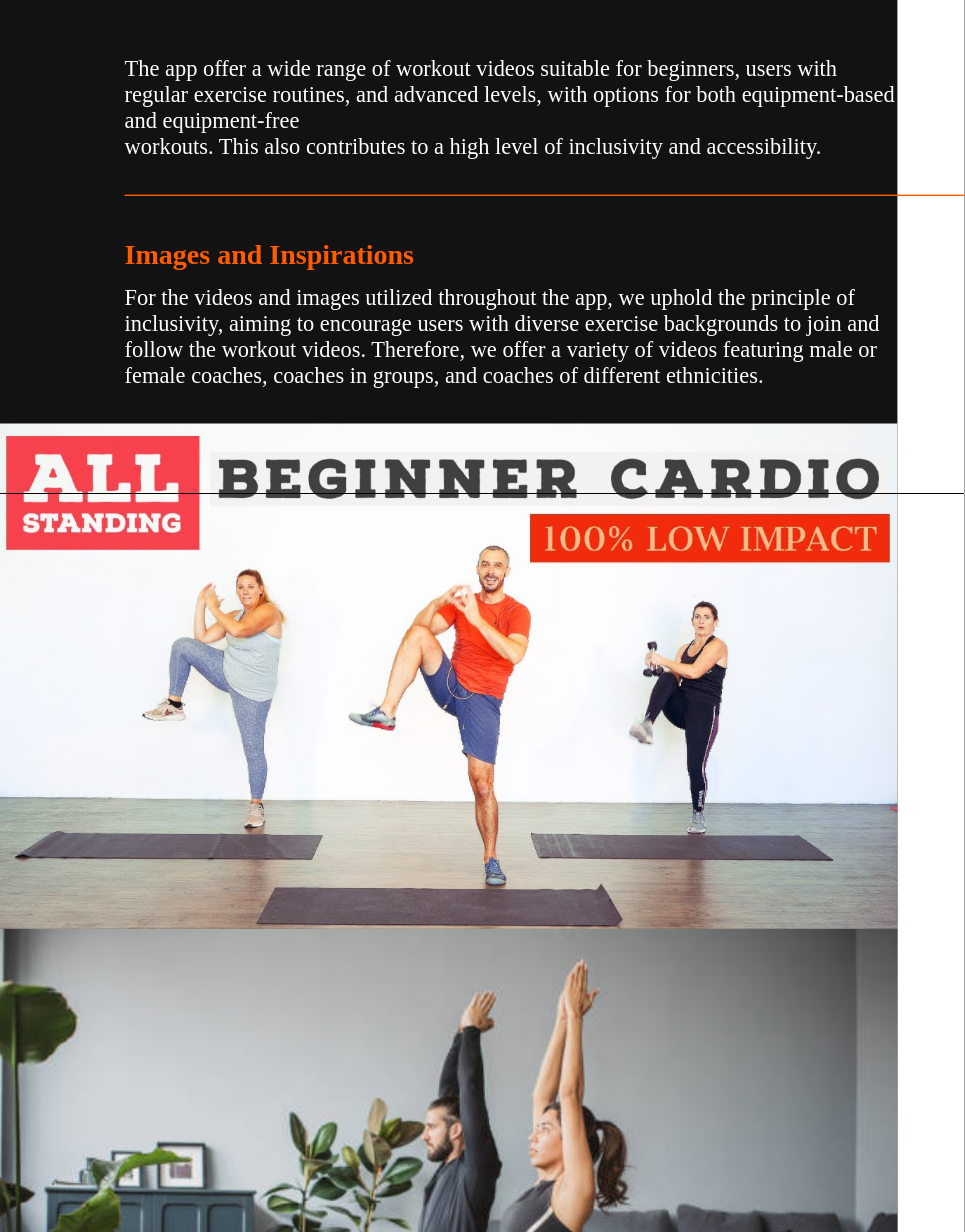
Repository: KyannaKrueger/a5styleguide
Page: /graphics
These files come from the project's save history. The page is drawn as it stood at one moment and after the next save; the edit follows.
The browser window is 1280 px wide. The page is 1378 px wide, so the pictures cover 1378 px, including what lies to the right of the window. The pictures show the part of the page from y = 4740 to 6500 px (the page is 8040 px tall before and 6245 px after), at 70% of full size.
The project was rebuilt for these pictures with package versions that can differ from the ones it lists, and the page was loaded fresh each time. The framework's server and built-in components were replaced by stand-ins that run in the browser. Also part of the build but not shown: next.config.mjs.

Above is the page before, as saved 2024-04-09 10:58:00.

### pages/graphics.js
import styles from "@/styles/graphics.module.css";
import Header from "@/components/Header";
import Footer from "@/components/Footer";

export default function Graphics() {
    return (
      <>
      <Header/>
        <main className={styles.graphics}>
        <h1 className={styles.graphicsH}>Graphics</h1>
        <p className={styles.badgesP}>Badges are used to track progress and acknowledge users' milestones in workout<br/> achievements. For instance, upon watching 20 Upper Body videos, users can earn<br/> a bronze badge. This system motivates users to persist in their workouts, striving to<br/> earn more badges displayed within the app and share their achievements with friends.</p>
        <img src ="/fQBadge.png" className={styles.badgesImg}/>
        <div className={styles.line}></div>
        <p className={styles.navP}>Icons are employed to offer users visual cues, enhancing navigation and the overall<br/> user experience. 5 primary icons are adopted to facilitate navigation at the bottom of<br/> the mobile screen.</p>
        <img src="/homeIcon.png" className={styles.homeIcon}/>
        <p className={styles.homeP}>The Home button navigates users to the home screen, where they can access all main features of the app, including Daily Challenges, Workout Videos,<br/> Fitness Statistics, and Nutrition Tips. This button is expected to be the most frequently used by users, so it is located in the middle of the navigation bar<br/> and stands out slightly from the other icons.</p>
        <img src="/workoutIcon.png" className={styles.workoutIcon}/>
        <p className={styles.workoutP}>This Workout icon allows users to navigate directly to the workout videos page, which contains various categories of workout videos. It is one of the main<br/> features of the fitness app, so besides having an action button on the homepage, it is also included in the navigation bar for users to easily locate videos,<br/> regardless of their current page.</p>
        <img src="/rewardIcon.png" className={styles.rewardIcon}/>
        <p className={styles.rewardsP}>The Rewards icon lets users navigate to the 'My Rewards' page, which features a rewards action button, users' achievements, and statistical records.<br/> This page serves as a summary of users' statistics, allowing them to overview their progress within the app. It acts as a motivational tool, encouraging<br/> users to monitor their results and redeem rewards.</p>
        <img src="/nutritionIcon.png" className={styles.nutritionIcon}/>
        <p className={styles.nutritionP}>The Nutrition button directs users to the articles page featuring nutrition information. Users can browse articles and search for nutrition tips and knowledge.<br/>The nutrition page goes hand in hand with our app because working out and nutrition are often linked together.</p>
        <img src="/settingsIcon.png" className={styles.settingsIcon}/>
        <p className={styles.settingsP}>The Settings button directs users to the settings page of the app, where they can adjust their preferences and customize their accessibility settings. The range of settings offers users a more accessible and inclusive user experience.</p>
        <div className={styles.lineTwo}></div>
        <h3 className={styles.avatars}>Avatars</h3>
        <p className={styles.avatarsP}>Our app offers 16 variations of avatars for users to choose from when signing up for<br/> an account. These avatars vary in age, ethnicity, gender, beliefs, and whether or not they<br/> wear glasses. While our primary audience is the younger generation, we strive to be inclusive<br/> of all backgrounds. However, it is impossible to satisfy all user characteristics entirely.<br/> Therefore, we also provide users with the option to upload their own chosen image to represent themselves on their account, ensuring everyone feels accurately represented.</p>
        <img src="/allCharacters.png" className={styles.allCharacters}/>
        <div className={styles.lineTwo}></div>
        <h3 className={styles.buttons}>Buttons and Cards</h3>
        <p className={styles.buttonPOne}>The design of buttons and cards throughout the app features rounded shapes, aligning with<br/> our goal to evoke a sense of friendliness and approachability. Beyond maintaining consistency, research indicates that rounded shapes offer a visually pleasing appearance and contribute to a modern and harmonious user experience.</p>
        <img src="/buttonImg.png" className={styles.buttonImg}/>
        <p className={styles.buttonPTwo}>Human eyes are naturally drawn to curves, making rounded buttons more prominent than<br/> straight lines. Additionally, rounded buttons are considered more inclusive and accessible to<br/> users with motor impairments because they are easier to recognize and help reduce the risk of accidental touches.</p>
        <img src="/cardsExample.png" className={styles.card}/>
        <img src="/roundedExample.png" className={styles.rounded}/>
        <p className={styles.iconsExOne}>For the icons designed throughout the app, our aim is to illustrate a body in a simple manner, maintaining neutrality and inclusivity. We typically ask users two questions to determine their<br/> workout preferences and then filter the suggested videos accordingly, enhancing accessibility.</p>
        <img src="/quizEx.png" className={styles.quizEx}/>
        <p className={styles.appOffersP}>The app offer a wide range of workout videos suitable for beginners, users with regular exercise routines, and advanced levels, with options for both equipment-based and equipment-free<br/> workouts. This also contributes to a high level of inclusivity and accessibility.</p>
        <div className={styles.lineTwo}></div>
        <h3 className={styles.images}>Images and Inspirations</h3>
        <p className={styles.imgP}> For the videos and images utilized throughout the app, we uphold the principle of inclusivity, aiming to encourage users with diverse exercise backgrounds to join and follow the workout videos. Therefore, we offer a variety of videos featuring male or female coaches, coaches in groups, and coaches of different ethnicities. </p>
        <img src="/beginner_group.png" className={styles.imgOne}/>
        <img src="/home fitness image.jpeg" className={styles.imgOne}/>
        <img src="/Yoga-for-the-weight-loss.jpg" className={styles.imgOne}/>
        <img src="/" className={styles.imgOne}/>
        <img src="/" className={styles.imgTwo}/>
        <img src="/" className={styles.imgThree}/>
        </main>
        <Footer/>
      </>
    );
  }

### styles/graphics.module.css
.graphics {
    display: flex;
    flex-direction: column;
    align-items: left;
    text-align: left;
    padding: 6rem;
    min-height: 90vh;
    background-color: #121212;
    margin: -10px;
    padding: 0px;
  }

  .graphicsH {
    color: #FF5C00;
    font-family: SF Pro;
    font-size: 40px;
    margin-left:180px;
    margin-top: 80px;
  }

  .badgesP {
    color: #fff;
    font-family: SF Pro;
    font-size: 32px;
    margin-left: 180px;
  }

  .badgesImg {
    width: 800px;
    background-color: transparent;
    margin-left: 400px;
    margin-top: -100px;
    transform: scale(1);
    transition: transform 0.5s ease-in-out;
  }

  .badgesImg:hover {
    transform: scale(1.2);
    transition: transform 0.5s ease-in-out;
  }

  .navP {
    color: #fff;
    font-family: SF Pro;
    font-size: 32px;
    margin-left: 180px;
  }

  .line{
    width: 1200px;
    height: 500px;
    border-bottom: 2px solid #FF5C00;
    margin-left: 180px;
    margin-top: -500px;
    margin-bottom: -0px;
  }

  .homeIcon {
    width: 100px;
    margin-top: 30px;
    margin-left: 180px;
  }

  .homeP {
    color: #fff;
    font-family: SF Pro;
    margin-left: 350px;
    margin-top: -75px;
    font-size: 18px;
  }

  .workoutIcon {
    width: 100px;
    margin-top: 50px;
    margin-left: 180px;
  }

  .workoutP {
    color: #fff;
    font-family: SF Pro;
    margin-left: 350px;
    margin-top: -75px;
    font-size: 18px;
  }

  .rewardIcon {
    width: 100px;
    margin-top: 50px;
    margin-left: 180px;
  }

  .rewardsP {
    color: #fff;
    font-family: SF Pro;
    margin-left: 350px;
    margin-top: -75px;
    font-size: 18px;
  }


  .nutritionIcon {
    width: 100px;
    margin-top: 50px;
    margin-left: 180px;
  }

  .nutritionP {
    color: #fff;
    font-family: SF Pro;
    margin-left: 350px;
    margin-top: -75px;
    font-size: 18px;
  }

  .settingsIcon {
    width: 100px;
    margin-top: 50px;
    margin-left: 180px;
  }

  .settingsP {
    color: #fff;
    font-family: SF Pro;
    margin-left: 350px;
    margin-top: -75px;
    font-size: 18px;
  }

  .lineTwo{
    width: 1200px;
    height: 500px;
    border-bottom: 2px solid #FF5C00;
    margin-left: 180px;
    margin-top: -450px;
    margin-bottom: 20px;
  }

  .avatars {
    color: #FF5C00;
    font-family: SF Pro;
    font-size: 40px;
    margin-left:180px;
    margin-top: 40px;
  }

  .avatarsP {
    color: #fff;
    font-family: SF Pro;
    font-size: 32px;
    margin-left: 180px;
    margin-top: -20px;
  }

  .allCharacters {
    width: 1200px;
    margin-left: 180px;
    margin-bottom: 40px;
    transform: scale(1);
    transition: transform 0.5s ease-in-out;
  }

  .allCharacters:hover {
    transform: scale(1.2);
    transition: transform 0.5s ease-in-out;
  }

  .buttons {
    color: #FF5C00;
    font-family: SF Pro;
    font-size: 40px;
    margin-left:180px;
    margin-top: 40px;
  }

  .buttonPOne {
    color: #fff;
    font-family: SF Pro;
    font-size: 32px;
    margin-left: 180px;
    margin-top: -20px;
  }

  .buttonImg {
    width: 800px;
    margin-left: 400px;
    margin-bottom: 50px;
  }

  .buttonPTwo {
    color: #fff;
    font-family: SF Pro;
    font-size: 32px;
    margin-left: 180px;
    margin-top: -20px;
  }

  .card {
    width: 300px;
    margin-left: 400px;
    transform: scale(1);
    transition: transform 0.5s ease-in-out;
  }

  .card:hover {
    transform: scale(1.2);
    transition: transform 0.5s ease-in-out;
  }

  .rounded {
    width: 240px;
    margin-left: 1000px;
    margin-top: -500px;
    margin-bottom: 80px;
    transform: scale(1);
    transition: transform 0.5s ease-in-out;
  }

  .rounded:hover {
    transform: scale(1.2);
    transition: transform 0.5s ease-in-out;
  }

.iconsExOne {
    color: #fff;
    font-family: SF Pro;
    font-size: 32px;
    margin-left: 180px;
    margin-top: -20px;
}

.quizEx {
    width: 600px;
    margin-left: 500px;
    margin-bottom: 80px;
    margin-top: 10px;
    transform: scale(1);
    transition: transform 0.5s ease-in-out;
}

.quizEx:hover {
    transform: scale(1.2);
    transition: transform 0.5s ease-in-out;
}

.appOffersP{
    color: #fff;
    font-family: SF Pro;
    font-size: 32px;
    margin-left: 180px;
    margin-top: -20px;
    margin-bottom: 0px;
}

.images {
  color: #FF5C00;
  font-family: SF Pro;
  font-size: 40px;
  margin-left:180px;
  margin-top: 40px;
}

.imgP{
  color: #fff;
  font-family: SF Pro;
  font-size: 32px;
  margin-left: 180px;
  margin-top: -20px;
  margin-bottom: 50px;
}

### components/Header/index.js
import styles from './header.module.css';
import Link from 'next/link';

export default function Header() {
  return (
    <>
      <main className={styles.header}>
        <div className={styles.logoContainer}>
          <Link href="/">
            <img src="/fQDarkLogo.svg" className={styles.logo} alt="FitQuest Logo" />
          </Link>
        </div>
        <nav className={styles.navBarContainer}>
          <ul className={styles.navBar}>
            <li className={styles.navItem}>
              <Link href="/" className={styles.headLink}>
                Home
              </Link>
            </li>
            <li className={styles.navItem}>
              <Link href="/colors" className={styles.headLink}>
                Colors
              </Link>
            </li>
            <li className={styles.navItem}>
              <Link href="/graphics" className={styles.headLink}>
                Graphics
              </Link>
            </li>
            <li className={styles.navItem}>
              <Link href="/logo" className={styles.headLink}>
                Logo
              </Link>
            </li>
            <li className={styles.navItem}>
              <Link href="/typography" className={styles.headLink}>
                Typography
              </Link>
            </li>
          </ul>
        </nav>
      </main>
    </>
  );
}

### components/Footer/index.js
import styles from './footer.module.css';

export default function Footer() {
  return (
    <>
      <main className={styles.footer}>
      <p className={styles.rights}>© FitQuest</p>
      </main>
    </>
  );
}

### components/Header/header.module.css
.header {
        background-color: #000005;
        color: #fff;
        font-family: 'Lucida Sans', 'Lucida Sans Regular', 'Lucida Grande', 'Lucida Sans Unicode', Geneva, Verdana, sans-serif;
        font-size: 24px;
        height: 140px;
        display: flex;
        justify-content: space-between;
        align-items: center;
        margin: -20px;
      }

      .logoContainer {
        margin-left: 40px;
      }

      .logo {
        width: 200px;
        height: auto;
      }

      .navBarContainer {
        margin-right: 40px;
      }

      .navBar {
        list-style-type: none;
        display: flex;
        justify-content: flex-end;
        padding: 0;
        margin: 0;
      }

      .navItem {
        padding: 0 10px;
      }

      .headLink {
        color: #fff;
        text-decoration: none;
        font-family: 'SF Pro', sans-serif;
      }

      .headLink:hover {
        color: #FF5C00;
      }

### components/Footer/footer.module.css
.footer {
  background-color: #070707;
  height: 60px;
  display: flex;
  justify-content: flex-start;
  flex-direction: row;
  align-items: center;
  margin:-20px;
  }

.rights {
  color: #fff;
  font-size: 20px;
  font-family: Arial, Helvetica, sans-serif;
  margin: auto;
}

Loaded but not shown: pages/_app.js (common file); pages/_document.js (common file); styles/globals.css (common file)

After the next save:
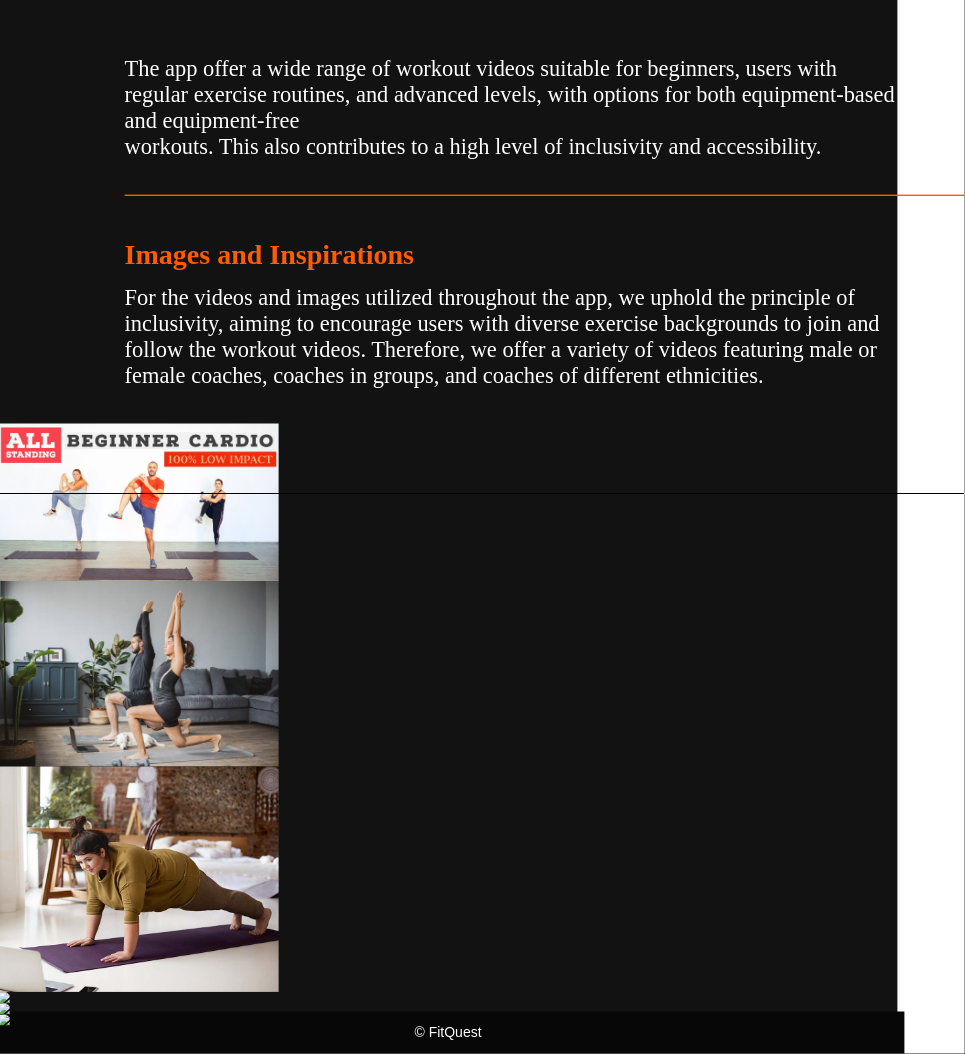
Saved 16 s later.
--- a/styles/graphics.module.css
+++ b/styles/graphics.module.css
@@ -267,3 +267,7 @@
   margin-top: -20px;
   margin-bottom: 50px;
 }
+
+.imgOne {
+  width: 400px;
+}
